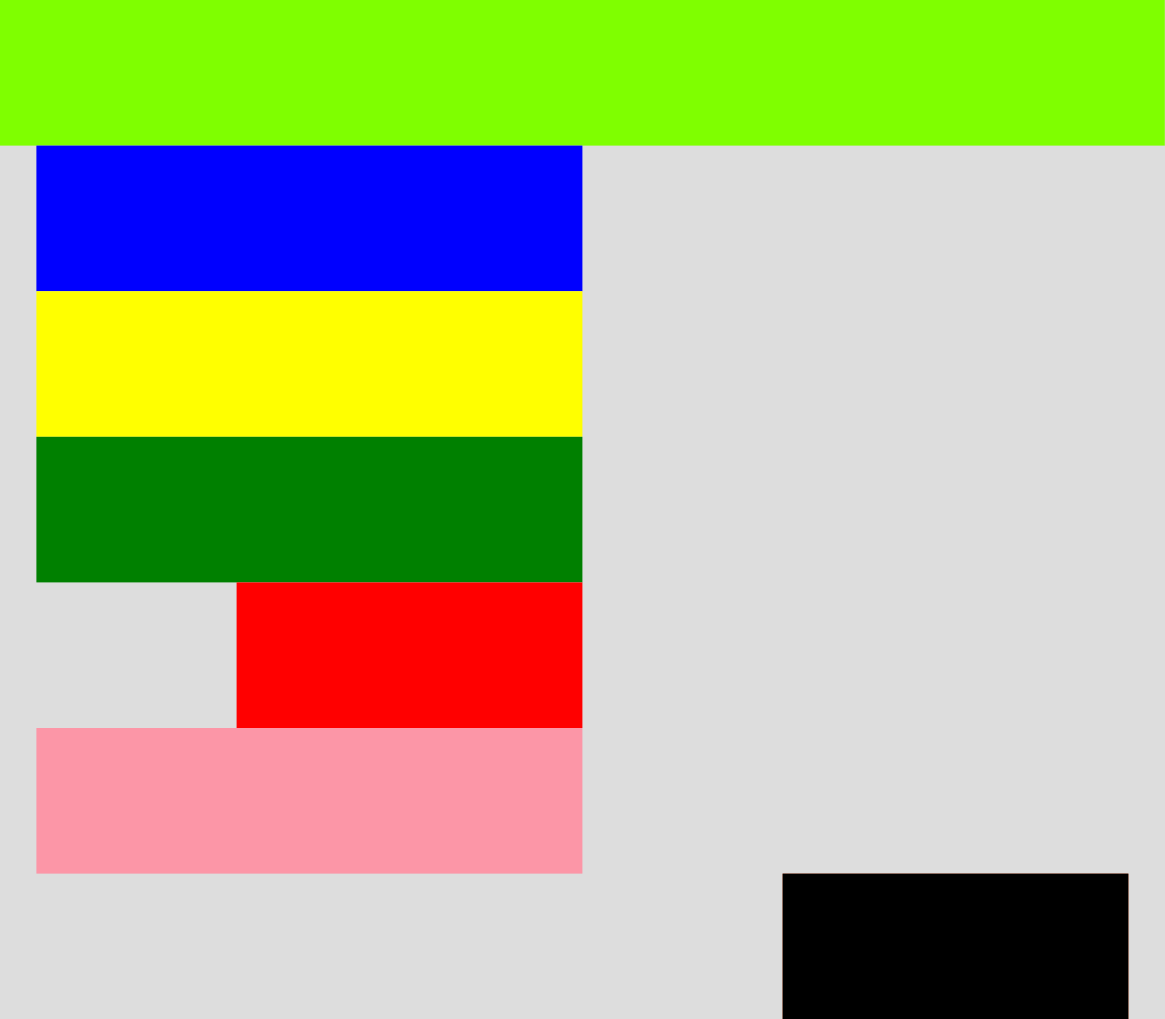
Repository: rafavirginio/clone-do-youtube
Page: index.html
These files come from the project's save history. The page is drawn as it stood at one moment and after the next save; the edit follows.
The browser window is 1280 px wide. The pictures show the whole page, at 91% of full size.

Above is the page before, as saved 2020-09-28 18:13:10.

### index.html
<!DOCTYPE html>
<html lang="pt">

<head>
    <meta charset="UTF-8">
    <meta name="viewport" content="width=device-width, initial-scale=1.0">
    <title>Youtube</title>
    <link rel="stylesheet" href="style.css">
</head>

<body>
    <header></header>
    <main>
        <section class="video-player"></section>
        <section class="video-info"></section>
        <section class="actions"></section>
        <section class="channel"></section>
        <section class="subscribe"></section>
        <section class="ad"></section>
        <section class="up-next"></section>
    </main>


</body>

</html>

### style.css
/* Reset CSS */

* {
    margin: 0;
    paddinh: 0;
    box-sizing: border-box;
}

body {
    background-color: #ddd;
}

header {
    background-color: chartreuse;
}

header,
section {
    padding: 5rem;
}

main {
    max-width: 1200px;
    margin: auto;
    display: grid;
    /* grid-gap: 1rem; */
    grid-template-areas: "video-player video-player" "video-info video-info" "actions actions" "channel subscribe" "up-next up-next";
}

.video-player {
    background-color: blue;
    grid-area: video-player;
}

.video-info {
    background-color: yellow;
    grid-area: video-info;
}

.actions {
    background-color: green;
    grid-area: actions;
}

.channel {
    background-color: coral;
    grid-area: vchannel;
}

.subscribe {
    background-color: red;
    grid-area: subscribe;
}

.ad {
    background-color: black;
    grid-area: ad;
}

.up-next {
    background-color: rgb(252, 150, 167);
    grid-area: up-next;
}

After the next save:
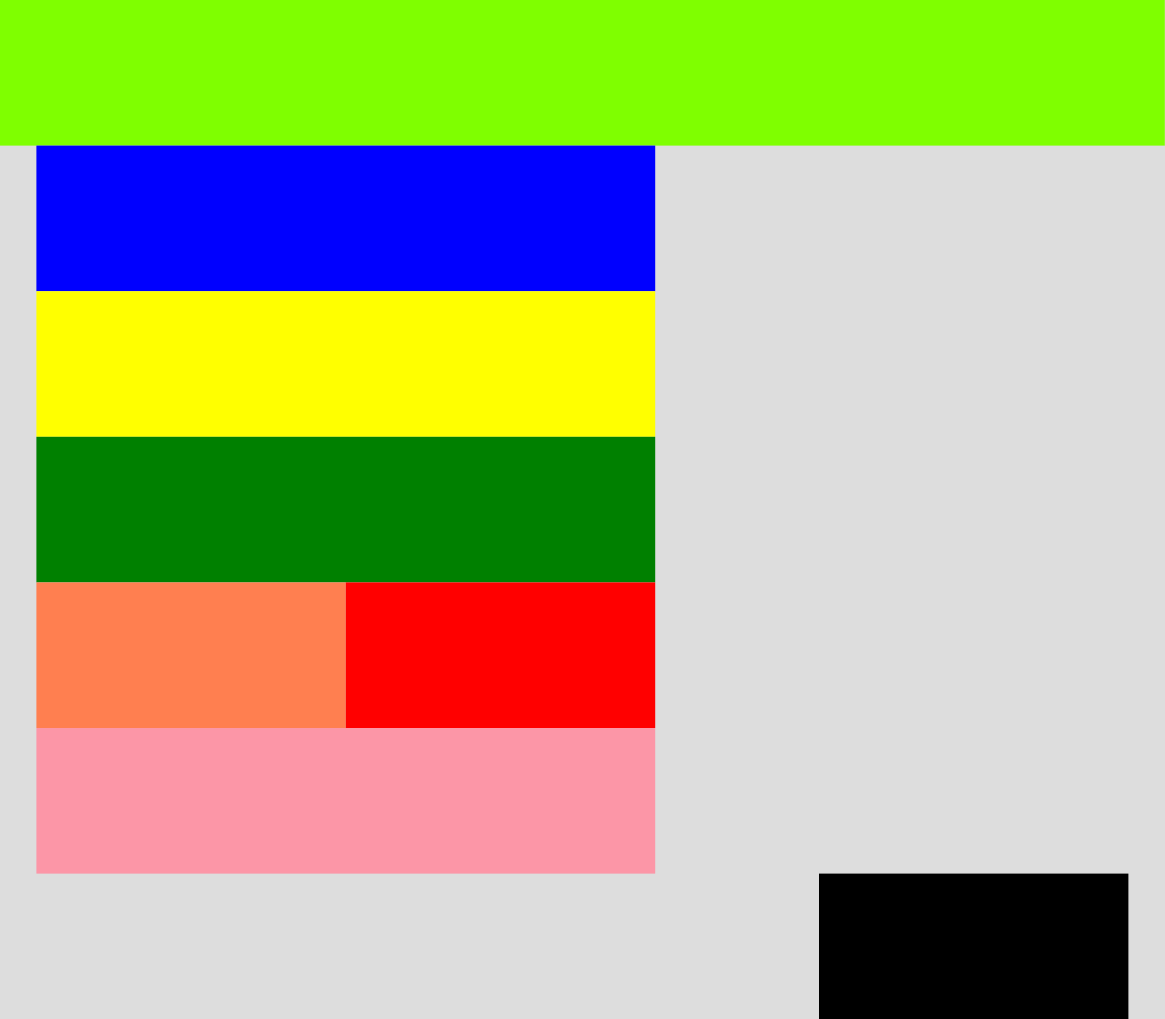
Saved 24 s later.
--- a/style.css
+++ b/style.css
@@ -44,7 +44,7 @@
 
 .channel {
     background-color: coral;
-    grid-area: vchannel;
+    grid-area: channel;
 }
 
 .subscribe {
